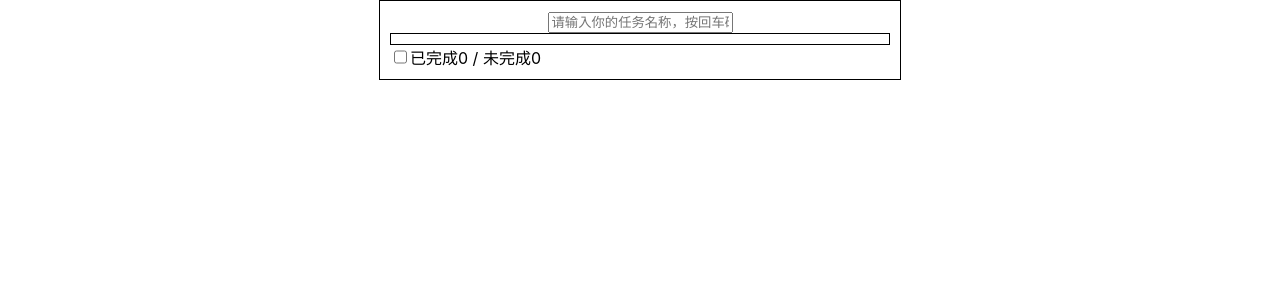
Repository: Gaays/React-todo-list
Page: /
The author's editor kept a copy of each file at every save. The page is drawn from the files as they stood at one save, then again after the next save.
The browser window is 1280 px wide. The pictures show the whole page.
The project was rebuilt for these pictures with package versions that can differ from the ones it lists, and the page was loaded fresh each time. Also part of the build but not shown: src/components/TodoItem/index.css, src/components/TodoItem/index.jsx.

Above is the page before, as saved 2022-10-17 20:56:15.

### src/App.js
import './App.scss';
import Todo from './components/Todo';

function App() {
  return (
    <div className="App">
      <Todo />
    </div>
  );
}

export default App;

### src/App.scss
.App {
  text-align: center;
  display: flex;
  flex-direction: column;
  align-items: center;
  justify-content: center;
}

.App-logo {
  height: 40vmin;
  pointer-events: none;
}

@media (prefers-reduced-motion: no-preference) {
  .App-logo {
    animation: App-logo-spin infinite 20s linear;
  }
}

.App-header {
  background-color: #282c34;
  min-height: 100vh;
  display: flex;
  flex-direction: column;
  align-items: center;
  justify-content: center;
  font-size: calc(10px + 2vmin);
  color: white;
}

.App-link {
  color: #61dafb;
}

@keyframes App-logo-spin {
  from {
    transform: rotate(0deg);
  }

  to {
    transform: rotate(360deg);
  }
}

### src/components/Todo/index.jsx
import React, { Component } from "react";
import './index.scss'
import TodoItem from '../TodoItem'


class TodoInput extends Component {
  state = {
    label: ''
  }
  handleInput = (e) => {
    this.setState({ label: e.target.value })
  }
  handleSubmit = (e) => {
    if (e.code === 'Enter') {
      this.props.submit(this.state.label)
      this.setState({ label: '' })

    }
  }
  render() {
    return (
      <div>
        <input type="text" value={this.state.label} onChange={this.handleInput} onKeyUp={this.handleSubmit} placeholder="请输入你的任务名称，按回车确认" />
      </div>
    );
  }
}

export default class Todo extends Component {
  state = {
    list: [],
    checkAll: false
  }
  addListItem = (label) => {
    const id = Number(new Date())
    let list = this.state.list.slice()
    list.unshift({ label: label, id: id, check: false })
    this.setState(() => {
      return { list: list }
    })
  }
  changeState = (id, state) => {
    const newList = this.state.list.slice()
    const item = newList.find(item => item.id === id)
    let checkAll = false
    if (item) {
      item.check = state
    }
    if (this.state.list.length > 0 && this.getUndoneCount === 0) {
      checkAll = true
    }
    this.setState(() => {
      return { list: newList, checkAll: checkAll }
    })
  }

  handleCheckAll = () => {
    const checkAllFlag = !this.state.checkAll
    const list = this.state.list.slice()
    list.forEach(item => {
      item.check = checkAllFlag
    })
    this.setState(() => {
      return { list: list, checkAll: checkAllFlag }
    })
  }

  get getDoneCount() {
    const doneCount = this.state.list.filter(item => item.check).length
    return doneCount
  }

  get getUndoneCount() {
    return this.state.list.filter(item => item.check === false).length
  }


  render() {
    const todoList = this.state.list.map((item) => {
      return <TodoItem data={item} key={item.id} changeState={this.changeState} />
    })
    return (
      <div className="todo-box">
        <TodoInput submit={this.addListItem} />
        <div className="todo-list">{todoList}</div>
        <div className="state-box">
          <input type="checkbox" checked={this.state.checkAll} onChange={this.handleCheckAll} />
          <div>已完成{this.getDoneCount} / 未完成{this.getUndoneCount}</div>
        </div>
      </div>
    )
  }
}

### src/components/Todo/index.scss
.todo-box {
  width: 500px;
  border: 1px solid #000;
  padding: 10px;
  text-align: center;

  .todo-input {
    width: 100%;
  }

  .todo-list {
    border: 1px solid #000;
    min-height: 10px
  }

  .state-box {
    display: flex;
  }
}

Loaded but not shown: public/index.html (common file); src/index.js (common file); src/index.css (common file); src/reportWebVitals.js (common file)

After the next save:
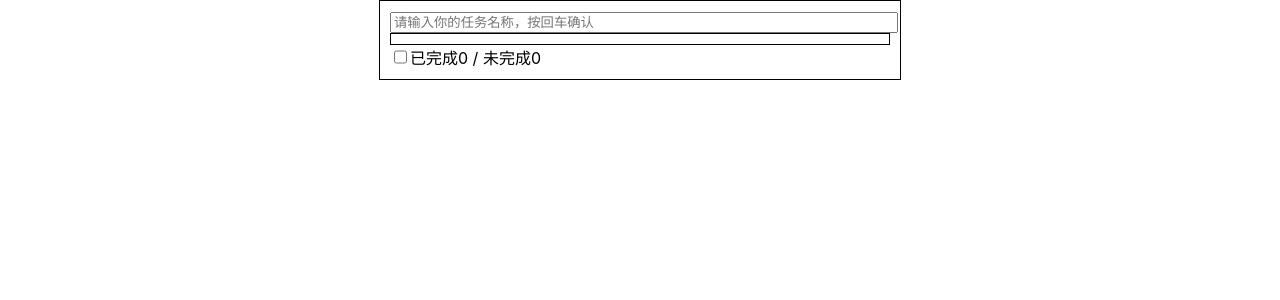
Saved 4 s later.
--- a/src/components/Todo/index.jsx
+++ b/src/components/Todo/index.jsx
@@ -20,7 +20,7 @@ class TodoInput extends Component {
   render() {
     return (
       <div>
-        <input type="text" value={this.state.label} onChange={this.handleInput} onKeyUp={this.handleSubmit} placeholder="请输入你的任务名称，按回车确认" />
+        <input className="todo-input" type="text" value={this.state.label} onChange={this.handleInput} onKeyUp={this.handleSubmit} placeholder="请输入你的任务名称，按回车确认" />
       </div>
     );
   }
